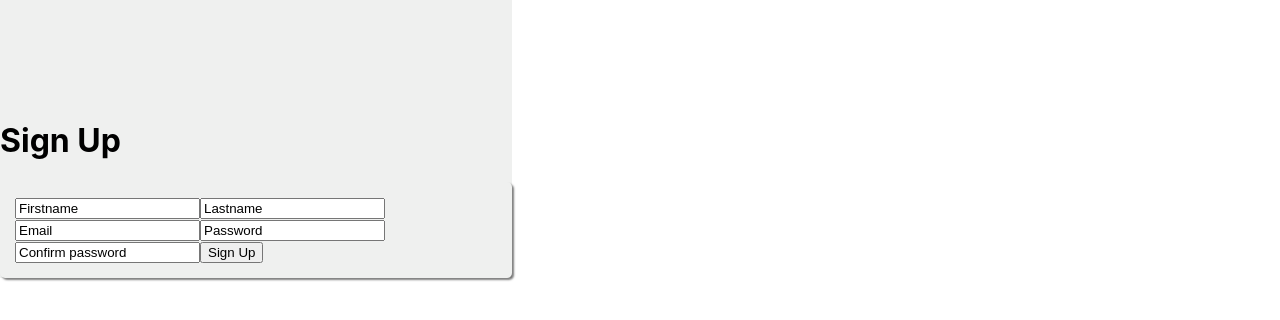
Repository: khamraeva/JSP-homework1-sighup
Page: /
An editor plug-in stored every save of this project. The page is shown before and after the next save, followed by the edit.
The browser window is 1280 px wide. The pictures show the whole page.
The project was rebuilt for these pictures with package versions that can differ from the ones it lists, and the page was loaded fresh each time.

Above is the page before, as saved 2020-07-22 16:35:48.

### src/App.js
import React from 'react';
import SignUp from './Components/SignUp/SignUp';


function App() {
  return (
    <div className="App">
      <SignUp />
    </div>
  );
}

export default App;

### src/Components/SignUp/SignUp.js
import React, { Component } from 'react';
import './SignUp.css';

class SignUp extends Component {
    render() {
        return (
            <div className={'signup-container'}>
                <h1>Sign Up</h1>
                <form className={'signup-form'}>
                    <input
                        type='text'
                        value='Firstname'
                    />
                    <input
                        type='text'
                        value='Lastname'
                    />
                    <input
                        type='text'
                        value='Email'
                    />
                    <input
                        type='text'
                        value='Password'
                    />
                    <input
                        type='text'
                        value='Confirm password'
                    />
                    <button>Sign Up</button>
                </form>
            </div>
        )
    }
}

export default SignUp

### src/Components/SignUp/SignUp.css
.signup-container {
    display: flex;
    justify-content: center;
    flex-direction: column;
    padding-top: 100px;
    flex-grow: 1;
    width: 40%;
    background: rgb(239, 240, 239);
}

.signup-form {
    /* background: #eee; */
    box-shadow: 2px 2px 2px rgba(0, 0, 0, .5);
    padding: 15px;
    border-radius: 5px;
}

Loaded but not shown: public/index.html (common file); src/index.js (common file); src/index.css (common file); src/serviceWorker.js (common file)

After the next save:
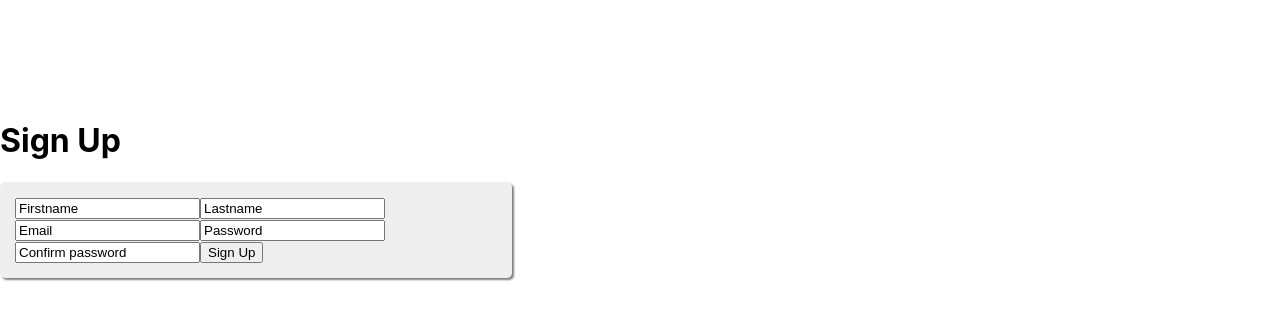
Saved 9 s later.
--- a/src/Components/SignUp/SignUp.css
+++ b/src/Components/SignUp/SignUp.css
@@ -5,11 +5,11 @@
     padding-top: 100px;
     flex-grow: 1;
     width: 40%;
-    background: rgb(239, 240, 239);
+    /* background: rgb(239, 240, 239); */
 }
 
 .signup-form {
-    /* background: #eee; */
+    background: #eee;
     box-shadow: 2px 2px 2px rgba(0, 0, 0, .5);
     padding: 15px;
     border-radius: 5px;
